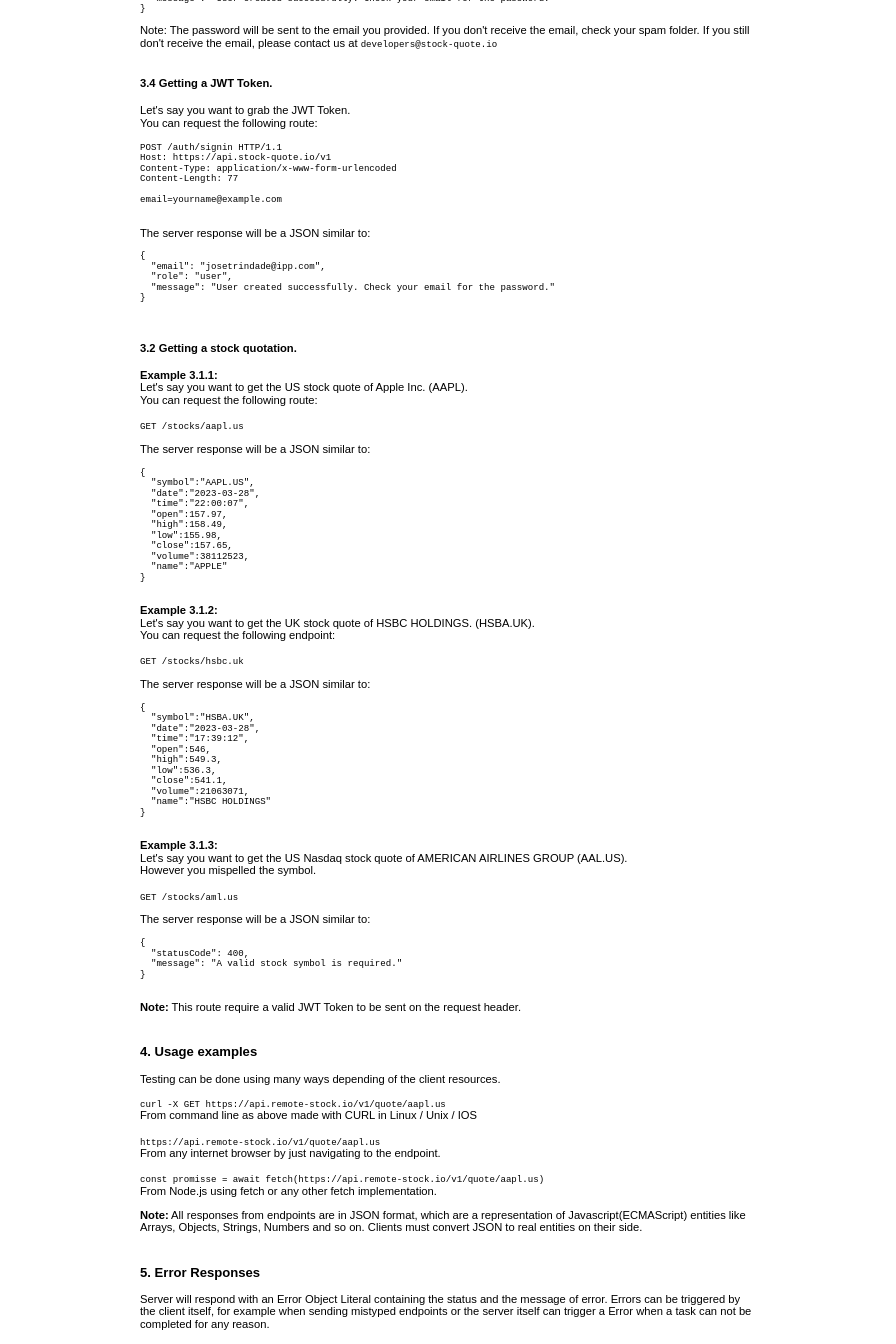
Repository: miguelamello/nest-js
Page: stock-service/documentation.html
The author's editor kept a copy of each file at every save. The page is drawn from the files as they stood at one save, then again after a run of saves.
The browser window is 1280 px wide. The pictures show the part of the page from y = 2583 to 4503 px (the page is 4858 px tall before and 4873 px after), at 70% of full size.

Above is the page before, as saved 2023-04-02 21:53:34.

After the next 2 saves:
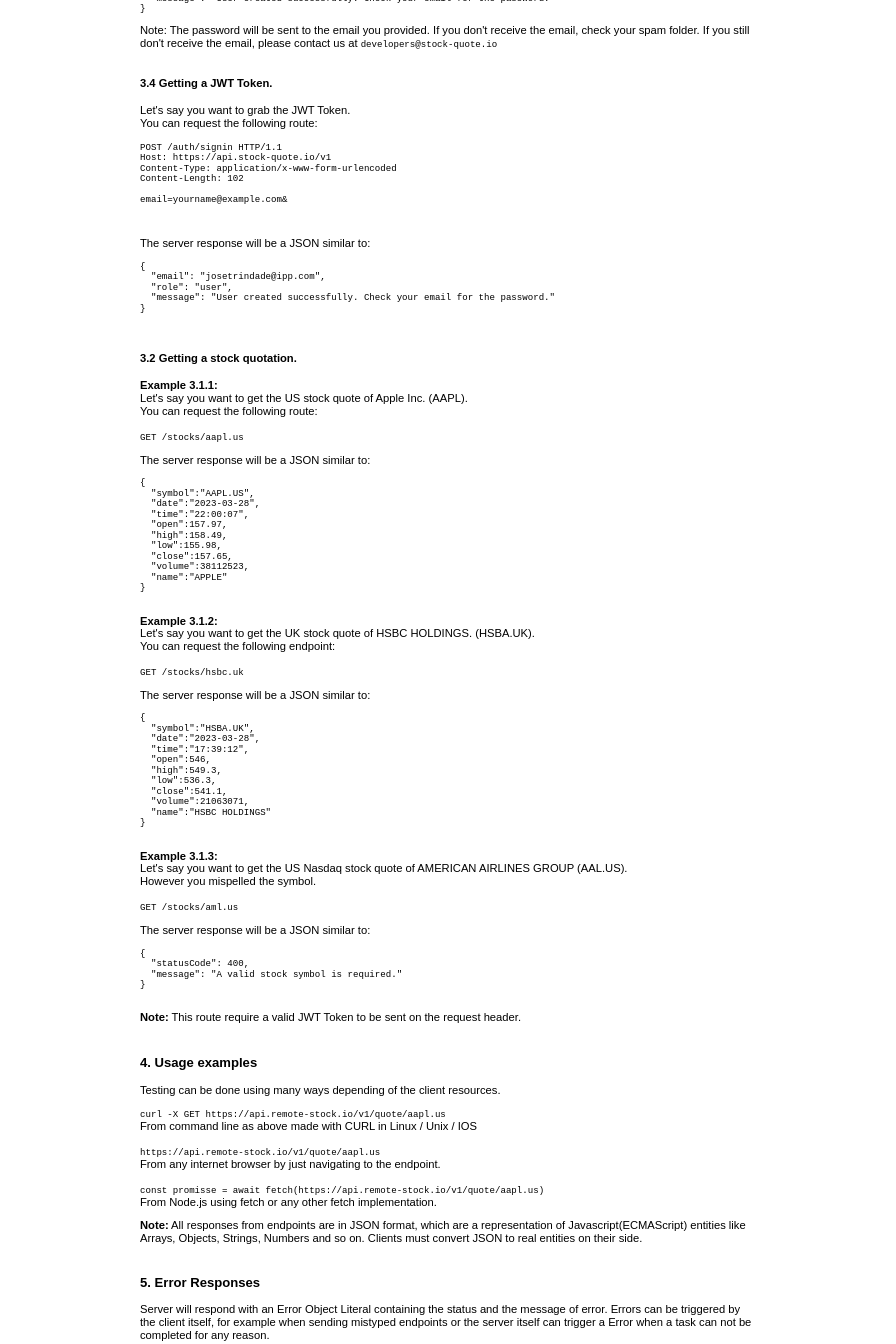
The 2 saves are shown as one change because they came seconds apart.
The last was saved 12 s later.
--- a/stock-service/documentation.html
+++ b/stock-service/documentation.html
@@ -218,9 +218,10 @@ email=yourname@example.com
 POST /auth/signin HTTP/1.1
 Host: https://api.stock-quote.io/v1
 Content-Type: application/x-www-form-urlencoded
-Content-Length: 77
-
-email=yourname@example.com
+Content-Length: 102
+
+email=yourname@example.com&
+
     </pre>
 
     <p>The server response will be a JSON similar to:</p>
